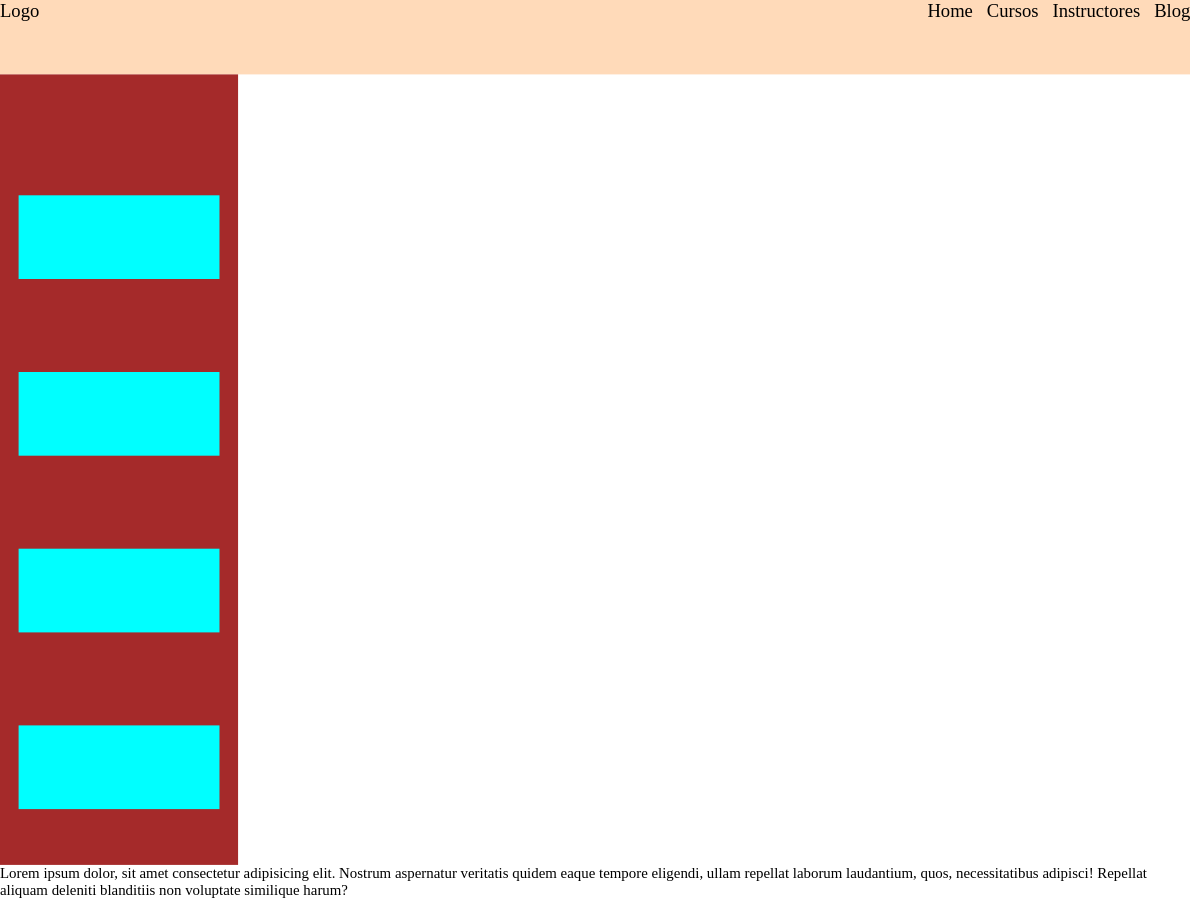
Repository: Daniel009980/daniel0099980
Page: desafiolayout1/index.html
An editor plug-in stored every save of this project. The page is shown before and after the next save, followed by the edit.
The browser window is 1280 px wide. The pictures show the whole page, at 93% of full size.

Above is the page before, as saved 2022-09-21 20:16:44.

After the next save:
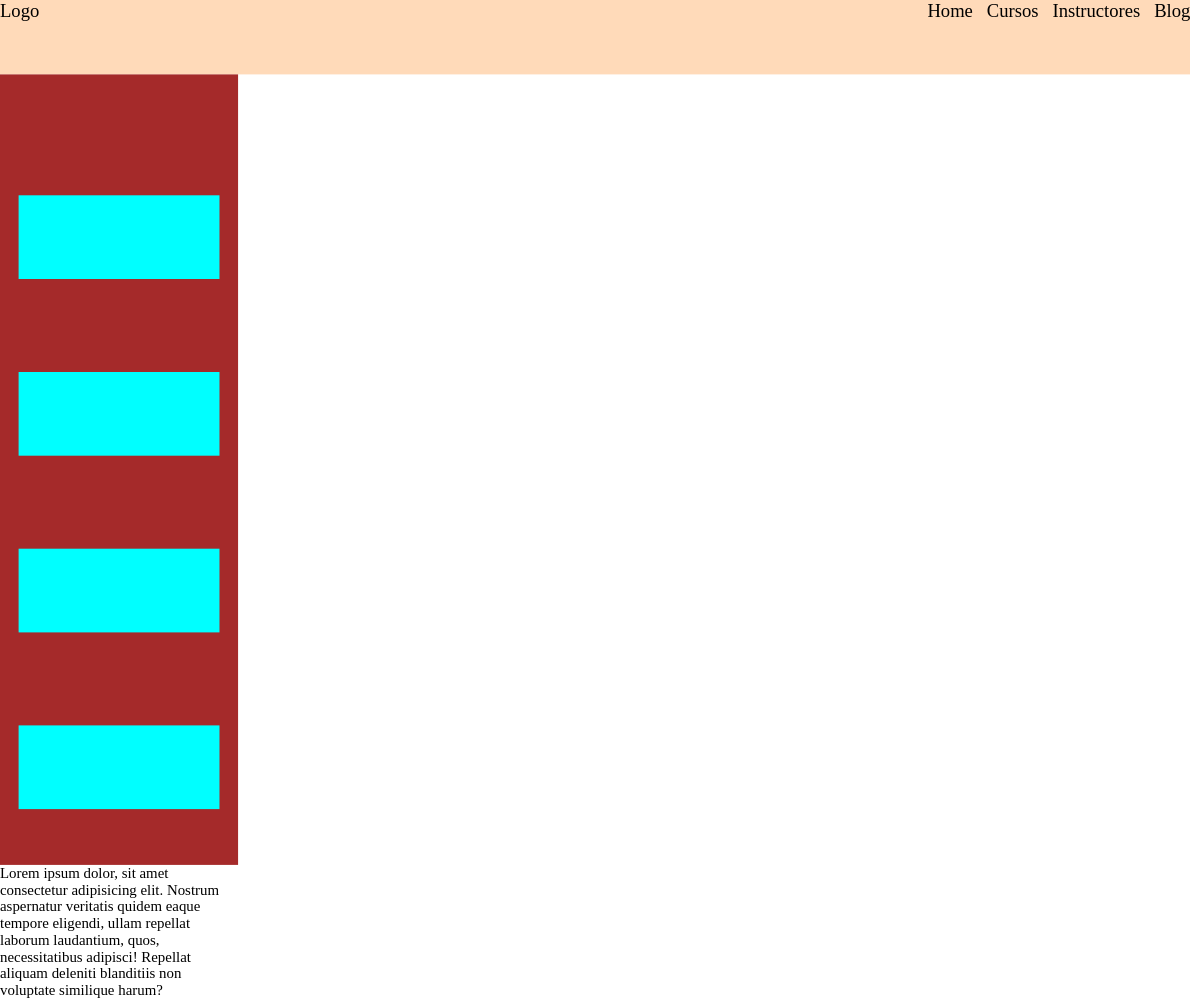
Saved 50 s later.
--- a/desafiolayout1/index.html
+++ b/desafiolayout1/index.html
@@ -17,14 +17,14 @@
             <li>Blog</li>
         </ul>
     </header>
-<section class="cosas">
+    <div class="cosas">
     <ul class="ad">
         <li></li>
         <li></li>
         <li></li>
         <li></li>
     </ul>
-</section>
+<div></div>
 <section class="paraf">
     <p>Lorem ipsum dolor, sit amet consectetur adipisicing elit. Nostrum aspernatur veritatis quidem eaque tempore eligendi, ullam repellat laborum laudantium, quos, necessitatibus adipisci! Repellat aliquam deleniti blanditiis non voluptate similique harum?</p>
 </section>

After the save that followed:
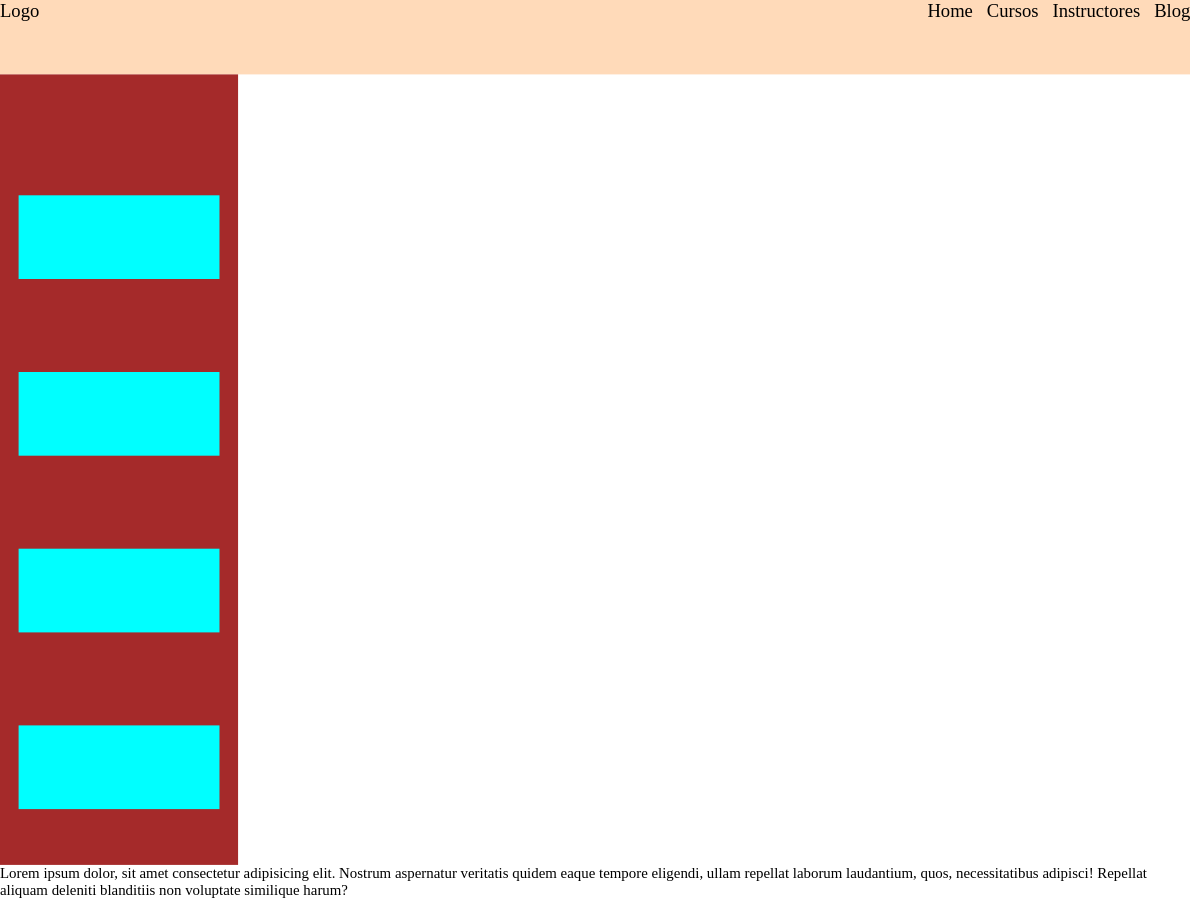
Saved 40 s later.
--- a/desafiolayout1/index.html
+++ b/desafiolayout1/index.html
@@ -24,7 +24,7 @@
         <li></li>
         <li></li>
     </ul>
-<div></div>
+</div>
 <section class="paraf">
     <p>Lorem ipsum dolor, sit amet consectetur adipisicing elit. Nostrum aspernatur veritatis quidem eaque tempore eligendi, ullam repellat laborum laudantium, quos, necessitatibus adipisci! Repellat aliquam deleniti blanditiis non voluptate similique harum?</p>
 </section>
